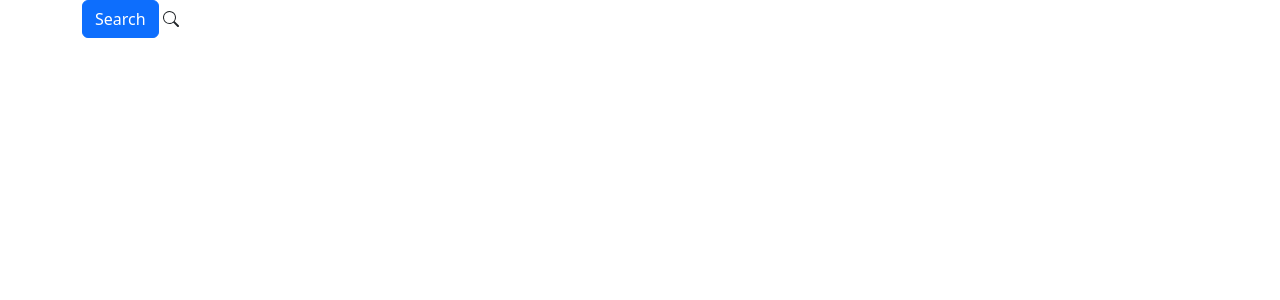
Repository: lemoueno/programme_dev_fullstack
Page: bootstrap/icons/icons.html
These files come from the project's save history. The page is drawn as it stood at one moment and after the next save; the edit follows.
The browser window is 1280 px wide. The pictures show the whole page.

Above is the page before, as saved 2023-12-03 18:36:22.

### bootstrap/icons/icons.html
<html lang="en">
<head>
    <meta charset="UTF-8">
    <meta name="viewport" content="width=device-width, initial-scale=1.0">
    <link href="https://cdn.jsdelivr.net/npm/bootstrap@5.3.2/dist/css/bootstrap.min.css" rel="stylesheet" integrity="sha384-T3c6CoIi6uLrA9TneNEoa7RxnatzjcDSCmG1MXxSR1GAsXEV/Dwwykc2MPK8M2HN" crossorigin="anonymous">
    <script src="https://cdn.jsdelivr.net/npm/bootstrap@5.3.2/dist/js/bootstrap.bundle.min.js" integrity="sha384-C6RzsynM9kWDrMNeT87bh95OGNyZPhcTNXj1NW7RuBCsyN/o0jlpcV8Qyq46cDfL" crossorigin="anonymous"></script>
    <link rel="stylesheet" href="https://cdn.jsdelivr.net/npm/bootstrap-icons@1.11.2/font/bootstrap-icons.min.css">
    <title>Document</title>
</head>
<body>
    <div class="container">
        <button type="button" class="btn btn-primary">Search</button>

        <svg xmlns="http://www.w3.org/2000/svg" width="16" height="16" fill="currentColor" class="bi bi-search" viewBox="0 0 16 16">
            <path d="M11.742 10.344a6.5 6.5 0 1 0-1.397 1.398h-.001c.03.04.062.078.098.115l3.85 3.85a1 1 0 0 0 1.415-1.414l-3.85-3.85a1.007 1.007 0 0 0-.115-.1zM12 6.5a5.5 5.5 0 1 1-11 0 5.5 5.5 0 0 1 11 0"/>
          </svg>
    </div>
</body>
</html>

After the next save:
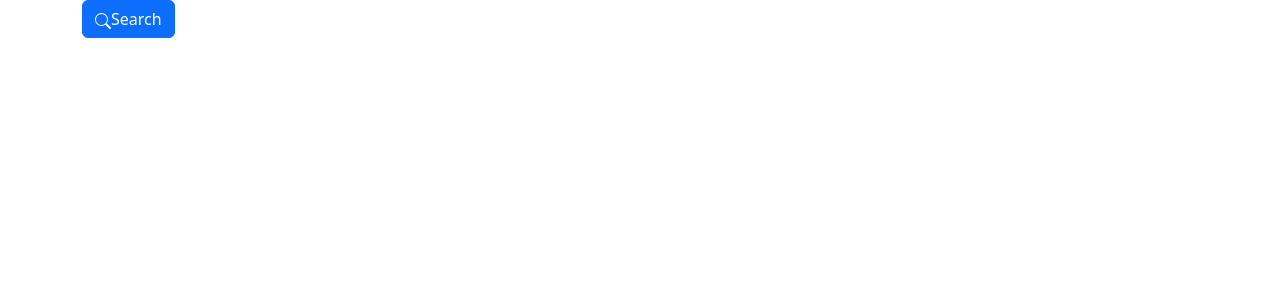
Saved 88 s later.
--- a/bootstrap/icons/icons.html
+++ b/bootstrap/icons/icons.html
@@ -9,11 +9,11 @@
 </head>
 <body>
     <div class="container">
-        <button type="button" class="btn btn-primary">Search</button>
+        <button type="button" class="btn btn-primary"> <svg xmlns="http://www.w3.org/2000/svg" width="16" height="16" fill="currentColor" class="bi bi-search" viewBox="0 0 16 16">
+            <path d="M11.742 10.344a6.5 6.5 0 1 0-1.397 1.398h-.001c.03.04.062.078.098.115l3.85 3.85a1 1 0 0 0 1.415-1.414l-3.85-3.85a1.007 1.007 0 0 0-.115-.1zM12 6.5a5.5 5.5 0 1 1-11 0 5.5 5.5 0 0 1 11 0"/>
+          </svg>Search</button>
 
-        <svg xmlns="http://www.w3.org/2000/svg" width="16" height="16" fill="currentColor" class="bi bi-search" viewBox="0 0 16 16">
-            <path d="M11.742 10.344a6.5 6.5 0 1 0-1.397 1.398h-.001c.03.04.062.078.098.115l3.85 3.85a1 1 0 0 0 1.415-1.414l-3.85-3.85a1.007 1.007 0 0 0-.115-.1zM12 6.5a5.5 5.5 0 1 1-11 0 5.5 5.5 0 0 1 11 0"/>
-          </svg>
+
     </div>
 </body>
 </html>
